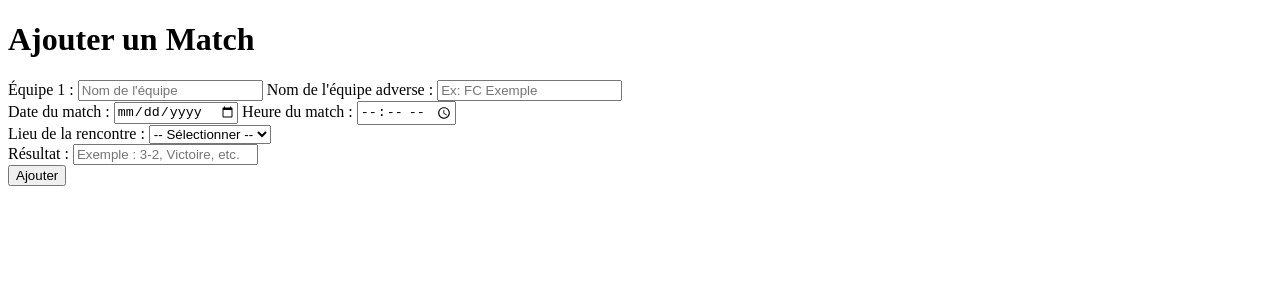
Repository: iisloomx/R401_MiniProjet
Page: http://localhost/views/matchs/ajouter.php
These files come from the project's save history. The page is drawn as it stood at one moment and after a run of saves; the edit follows.
The browser window is 1280 px wide. The pictures show the whole page.
The page is run by PHP 8.4 with error messages shown; the project is at /var/www/html/.

Above is the page before, as saved 2025-01-10 09:49:29.

### views/matchs/ajouter.php
<!DOCTYPE html>
<html lang="fr">
<head>
  <meta charset="UTF-8" />
  <meta name="viewport" content="width=device-width, initial-scale=1.0" />
  <title>Ajouter un Match</title>
  <!-- Lien éventuel vers votre CSS -->
  <link rel="stylesheet" href="../views/css/style.css">
</head>
<body>



<div class="container">
    <h1>Ajouter un Match</h1>
    <form action="MatchsController.php?action=ajouter" method="POST">

        <!-- Équipes et scores -->
        <div>
            <label for="equipe1">Équipe 1 :</label>
            <input
                type="text"
                name="equipe1"
                id="equipe1"
                required
                placeholder="Nom de l'équipe"
            >

        <!-- Équipe adverse -->

            <label for="nom_equipe_adverse">Nom de l'équipe adverse :</label>
            <input
                type="text"
                name="nom_equipe_adverse"
                id="nom_equipe_adverse"
                placeholder="Ex: FC Exemple"
            >

        </div>

        <!-- <div>
            <label for="score_equipe1">Score Équipe 1 :</label>
            <input
                type="number"
                name="score_equipe1"
                id="score_equipe1"
                required
                min="0"
                placeholder="Score de l'équipe 1"
            >

            <label for="score_equipe2">Score Équipe 2 :</label>
            <input
                type="number"
                name="score_equipe2"
                id="score_equipe2"
                required
                min="0"
                placeholder="Score de l'équipe 2"
            >
        </div> -->

        <!-- Date et heure du match -->
        <div>
            <label for="date_match">Date du match :</label>
            <input
                type="date"
                name="date_match"
                id="date_match"
                required
            >

            <label for="heure_match">Heure du match :</label>
            <input
                type="time"
                name="heure_match"
                id="heure_match"
            >
        </div>



        <!-- Lieu de rencontre (domicile ou extérieur) -->
        <div>
            <label for="lieu_de_rencontre">Lieu de la rencontre :</label>
            <select name="lieu_de_rencontre" id="lieu_de_rencontre">
                <option value="">-- Sélectionner --</option>
                <option value="Domicile">Domicile</option>
                <option value="Extérieur">Extérieur</option>
            </select>
        </div>

        <!-- Résultat global du match (facultatif) -->
        <div>
            <label for="resultat">Résultat :</label>
            <input
                type="text"
                name="resultat"
                id="resultat"
                placeholder="Exemple : 3-2, Victoire, etc."
            >
        </div>

        <!-- Bouton de soumission -->
        <button type="submit">Ajouter</button>
    </form>
</div>

</body>
</html>

### index.php
<?php
header("Location: views/connexion.php");
exit();

After the next 2 saves:
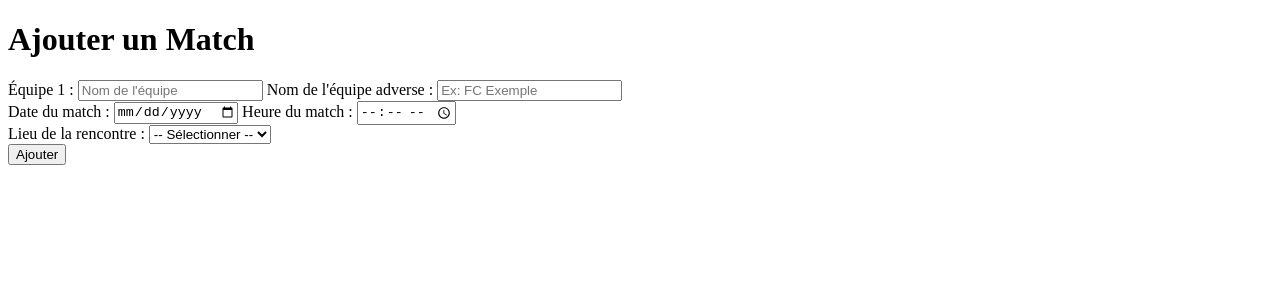
The 2 saves are shown as one change because they came seconds apart.
The last was saved 5 s later.
--- a/views/matchs/ajouter.php
+++ b/views/matchs/ajouter.php
@@ -90,7 +90,7 @@
             </select>
         </div>
 
-        <!-- Résultat global du match (facultatif) -->
+        <!-- Résultat global du match (facultatif)
         <div>
             <label for="resultat">Résultat :</label>
             <input
@@ -98,7 +98,7 @@
                 name="resultat"
                 id="resultat"
                 placeholder="Exemple : 3-2, Victoire, etc."
-            >
+            > -->
         </div>
 
         <!-- Bouton de soumission -->
